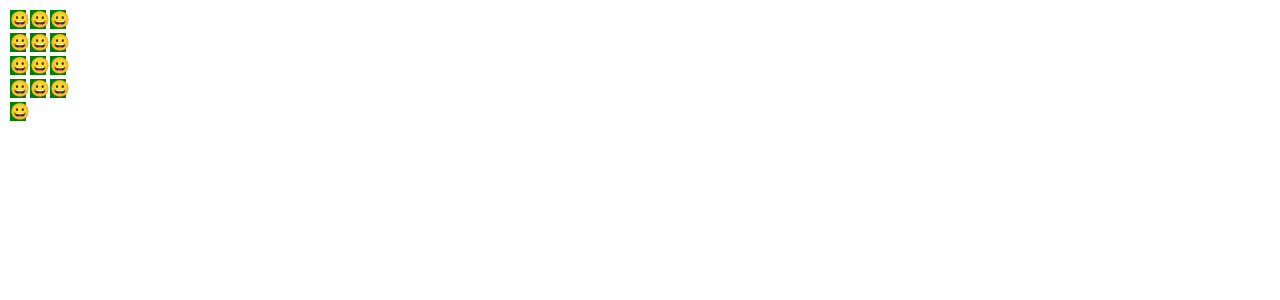
Repository: Sarah7223/internet-programming-tp
Page: TP1/ex5.html
These files come from the project's save history. The page is drawn as it stood at one moment and after the next save; the edit follows.
The browser window is 1280 px wide. The pictures show the whole page.

Above is the page before, as saved 2022-12-26 15:09:23.

### TP1/ex5.html
<html>
    <head>
        <style>
            .grid{
                display: grid;
                grid-template-columns: repeat(3, 20px [col-start]);
            }
            .box{
                background-color: green;
                margin: 2px;
                text-align: center;
            }
        </style>
    </head>
    <body>
        <div class="grid">
            <div class="box">&#x1F600;</div>
            <div class="box">&#x1F600;</div>
            <div class="box">&#x1F600;</div>
            <div class="box">&#x1F600;</div>
            <div class="box">&#x1F600;</div>
            <div class="box">&#x1F600;</div>
            <div class="box">&#x1F600;</div>
            <div class="box">&#x1F600;</div>
            <div class="box">&#x1F600;</div>
            <div class="box">&#x1F600;</div>
            <div class="box">&#x1F600;</div>
            <div class="box">&#x1F600;</div>
            <div class="box">&#x1F600;</div>
        </div>
    </body>
</html>

After the next save:
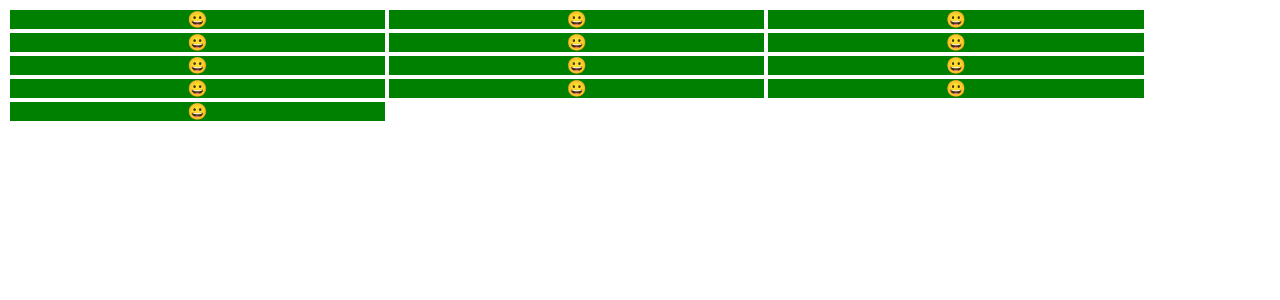
Saved 16 s later.
--- a/TP1/ex5.html
+++ b/TP1/ex5.html
@@ -3,7 +3,7 @@
         <style>
             .grid{
                 display: grid;
-                grid-template-columns: repeat(3, 20px [col-start]);
+                grid-template-columns: repeat(3, 30% [col-start]);
             }
             .box{
                 background-color: green;
